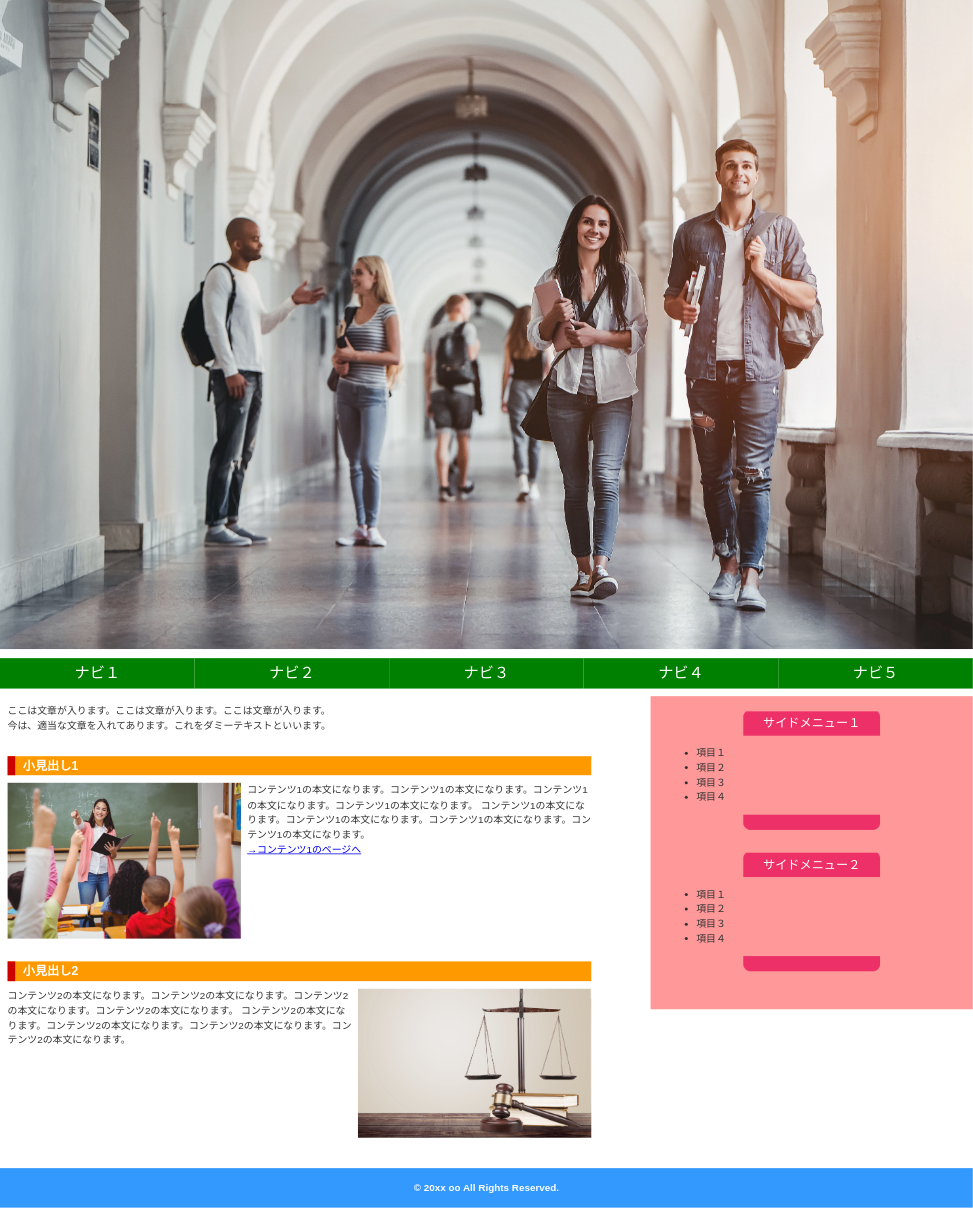
Repository: yoshi1924/samurai_HTML-CSS
Page: home.html
The author's editor kept a record of every edit. The page is drawn from the files as they stood at one moment, then again after the next edit.
The browser window is 1280 px wide. The pictures show the whole page, at 76% of full size.

Above is the page before.

### home.html
    <!DOCTYPE html>
    <html lang="ja">
    <head>
        <meta charset="UTF-8">
        <title>HTML/CSSの学習</title>
        <link rel="stylesheet" href="stylesheet.css">
    </head>
    <body>
        <div id="header">
            <h1><a href="index.html"><img id="corridor" src="images/corridor.jpg" alt="大学の廊下" /></a></h1>
        </div>

        <div id="wrapper">
            <div id="nav">
                <ul>
                    <li><a href="home.html">ナビ１</a></li>
                    <li><a href="#">ナビ２</a></li>
                    <li><a href="#">ナビ３</a></li>
                    <li><a href="#">ナビ４</a></li>
                    <li><a href="#">ナビ５</a></li>
                </ul>
            </div>
        </div>
            <div id="container">
                <div id="main">
                    <div class="post">
                        <p>ここは文章が入ります。ここは文章が入ります。ここは文章が入ります。<br />今は、適当な文章を入れてあります。これをダミーテキストといいます。</p>
                    </div>
                    <div class="post clearfix">
                        <h2>小見出し1</h2>
                        <img class="left" src="images/classroom.jpg" alt="授業風景" />
                        <p>
                            コンテンツ1の本文になります。コンテンツ1の本文になります。コンテンツ1の本文になります。コンテンツ1の本文になります。
                            コンテンツ1の本文になります。コンテンツ1の本文になります。コンテンツ1の本文になります。コンテンツ1の本文になります。
                        </p>
                        <p><a href="#">→コンテンツ1のページへ</a></p>
                    </div>
                    <div class="post clearfix">
                        <h2>小見出し2</h2>
                        <img class="right" src="images/scale.jpg" alt="天秤" />
                        <p>
                            コンテンツ2の本文になります。コンテンツ2の本文になります。コンテンツ2の本文になります。コンテンツ2の本文になります。
                            コンテンツ2の本文になります。コンテンツ2の本文になります。コンテンツ2の本文になります。コンテンツ2の本文になります。
                        </p>
                    </div>
                </div>
                <div id="side">
                    <div class="box">
                        <h2>サイドメニュー１</h2>
                        <div class="boxbody">
                            <ul>
                                <li>項目１</li>
                                <li>項目２</li>
                                <li>項目３</li>
                                <li>項目４</li>
                            </ul>
                        </div>
                    </div>
                    <div class="box">
                        <h2>サイドメニュー２</h2>
                        <div class="boxbody">
                            <ul>
                                <li>項目１</li>
                                <li>項目２</li>
                                <li>項目３</li>
                                <li>項目４</li>
                            </ul>
                        </div>
                    </div>
                </div>
            </div>
            <div id="footer">
            <p>&copy; 20xx oo All Rights Reserved.</p>
        </div>
    </body>
    </html>

### stylesheet.css
@charset "utf-8";

body {
    margin: 0;
    padding: 0;
    font-family: "ヒラギノ角ゴ Pro W3", "Hiragino Kaku Gothic Pro", "メイリオ", Meiryo, Osaka, "ＭＳ Ｐゴシック", "MS PGothic", sans-serif;
    color: #333;
    font-size: 13px;
    line-height: 150%;
}

/* -------------------- wrapper -------------------- */
#wrapper {
    width: 100%;
    margin: auto;
    padding: 0px;
    border: 0px;
    background-color: #FFF;
    top: 10px;
    position: relative;
}

/*  -------------------- header -------------------- */
#header {
    width: 100%;
}

#header h1 {
    margin: 0;
    padding: 0;
}

#corridor {
    width: 100%;
    height: auto;
}

/*  -------------------- footer -------------------- */
#footer {
    clear: both;
    width: 100%;
    padding: 3px 0 3px 0;
    background: #39F;
    color: #FFF;
    font-weight: bold;
    text-align: center;
}

/*  -------------------- nav -------------------- */
#nav {
    width: 100%;
}

#nav ul {
    margin: 0;
    padding: 0;
    list-style-type: none;
}

#nav ul li {
    float: left;
    width: 20%;
    text-align: center;
}

#nav ul li a {
    display: block;
    height: 20px;
    margin: 0;
    padding: 10px;
    color: #fff;
    font-size: 20px;
    text-decoration: none;
    background-color: green;
    border-left: 1px sloid white;
}

#nav ul li a:hover{
    filter: drop-shadow(10px 10px 10px black);
}



/* -------------------- container -------------------- */
#container {
    width: 100%;
    margin: auto;
    padding-top: 20px;
    clear: both;
}


/* -------------------- main -------------------- */
#main {
    float: left;
    width: 60%;
    padding: 10px 30px 10px 10px;
}

#main h2 {
    margin: 0 0 10px 0;
    padding: 3px 10px 3px 10px;
    color: #FFF;
    font-size: 16px;
    border-left: solid 10px #C00;
    background-color: #F90;
}

#main p {
    margin: 0;
    padding: 0;
}

#main .post {
    margin: 0 0 30px 0;
}

#main .post img.right {
    margin: 0 0 0 8px;
}

#main .post img.left {
    margin: 0 8px 0 0;
}

.right {
    float: right;
    width: 40%;
    height: auto;
}

.left {
    float: left;
    width: 40%;
    height: auto;
}

/* -------------------- clearfix -------------------- */
.clearfix {
    zoom: 1;
}

.clearfix:after{
    content: "";
    display: block;
    clear: both;
}

/* -------------------- side -------------------- */
#side {
	 float: right;
	 width: 30%;
	 padding: 20px;
	 background-color: #F99;
}
#side .box {
	 margin: 0 auto 30px auto;
	 padding: 0 0 20px 0;
	 background: url(images/side_box.png) bottom no-repeat;
}
#side .box h2 {
	 margin: 0;
	 padding: 8px;
	 text-align: center;
	 color: #fff;
	 font-size: 16px;
	 line-height: 16px;
	 font-weight: normal;
	 background: url(images/side_box_h2.png) center no-repeat;
}
#side .box .boxBody {
	 padding: 8px;
	 border-right: solid 1px #C36;
	 border-bottom: solid 1px #C36;
	 border-left: solid 1px #C36;
	 background: #fff;
}
#side .box .boxBody ul {
	 margin: 0 0 16px 0;
	 padding: 0;
}
#side .box .boxBody ul li {
	 padding: 8px 0 8px 4px;
	 list-style: none;
	 border-bottom: solid 1px #C36;
}

#side .box.boxBody ul li:hover{
    padding: 8px 0 8px 4px;
    list-style: none;
    border-bottom: solid 1px #C36;
    box-shadow: 0px 4px 4px rgba(0, 0, 0, 0.3);
}

After the next edit:
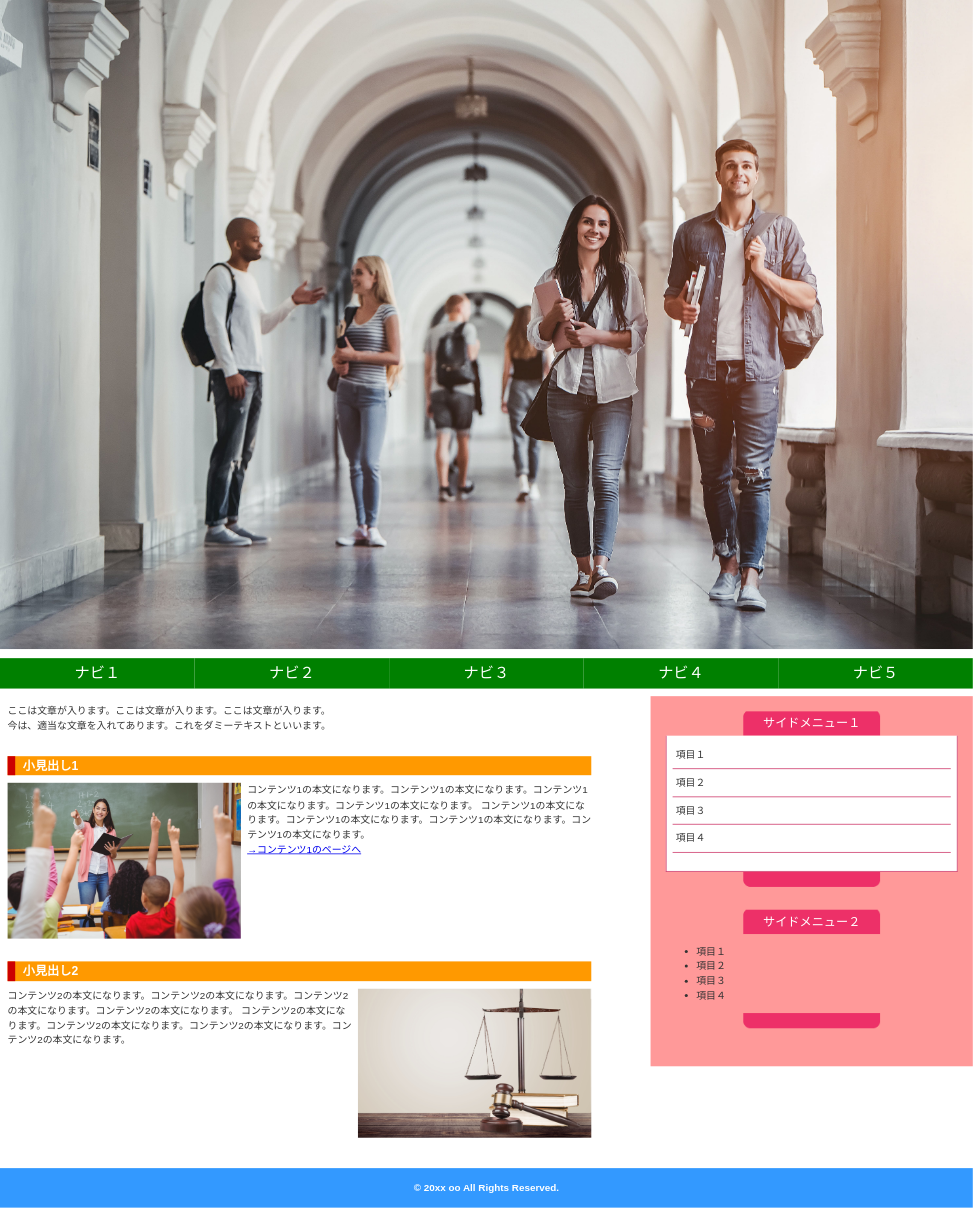
The edit:
--- a/home.html
+++ b/home.html
@@ -47,7 +47,7 @@
                 <div id="side">
                     <div class="box">
                         <h2>サイドメニュー１</h2>
-                        <div class="boxbody">
+                        <div class="boxBody">
                             <ul>
                                 <li>項目１</li>
                                 <li>項目２</li>
